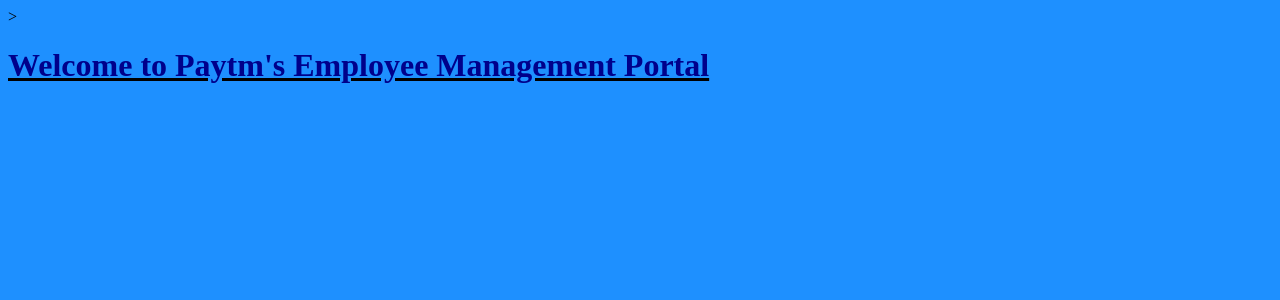
Repository: kimchiLover/BackupProjectsOnPC
Page: eclipse-oauth/ManageEmpApp/WebContent/index.html
The author's editor kept a copy of each file at every save. The page is drawn from the files as they stood at one save, then again after the next save.
The browser window is 1280 px wide. The pictures show the whole page.

Above is the page before, as saved 2019-07-18 08:59:40.

### eclipse-oauth/ManageEmpApp/WebContent/index.html
<!DOCTYPE html>
<html>
<head>
<meta charset="UTF-8">
<title>Paytm Emp Portal</title>
</head>
<body style="background-color:DodgerBlue;">
<center></center>><u><h1 style="color:DarkBlue;">Welcome to Paytm's Employee Management Portal
</h1></u></center>
</body>
</html>

After the next save:
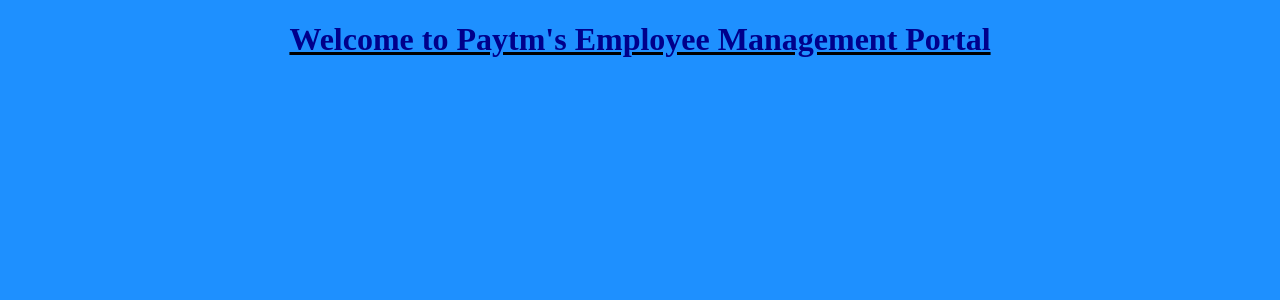
Saved 47 s later.
--- a/eclipse-oauth/ManageEmpApp/WebContent/index.html
+++ b/eclipse-oauth/ManageEmpApp/WebContent/index.html
@@ -5,7 +5,7 @@
 <title>Paytm Emp Portal</title>
 </head>
 <body style="background-color:DodgerBlue;">
-<center></center>><u><h1 style="color:DarkBlue;">Welcome to Paytm's Employee Management Portal
+<center><u><h1 style="color:DarkBlue;">Welcome to Paytm's Employee Management Portal
 </h1></u></center>
 </body>
 </html>
